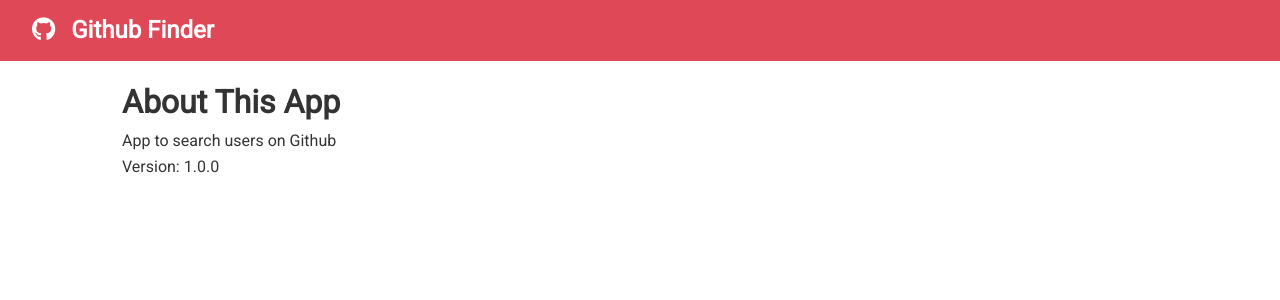
Repository: priyavmehta/Github-Finder
Page: /about
An editor plug-in stored every save of this project. The page is shown before and after the next save, followed by the edit.
The browser window is 1280 px wide. The pictures show the whole page.
The page's requests for data from a server got no answer. Some web libraries are served in a nearby version. The project was rebuilt for these pictures with package versions that can differ from the ones it lists, and the page was loaded fresh each time. No one was signed in, and anything a server would have sent is missing. Also part of the build but not shown: src/components/users/UserProfile.js, src/components/layout/Spinner.js, src/components/users/Users.js, src/components/users/Search.js, src/components/layout/Alert.js.

Above is the page before, as saved 2020-07-04 21:24:36.

### public/index.html
<!DOCTYPE html>
<html lang="en">
  <head>
    <meta charset="utf-8" />
    <link rel="icon" href="%PUBLIC_URL%/favicon.ico" />
    <meta name="viewport" content="width=device-width, initial-scale=1" />
    <meta name="theme-color" content="#000000" />
    <meta
      name="description"
      content="Web site created using create-react-app"
    />
    <link rel="apple-touch-icon" href="%PUBLIC_URL%/logo192.png" />
    <!--
      manifest.json provides metadata used when your web app is installed on a
      user's mobile device or desktop. See https://developers.google.com/web/fundamentals/web-app-manifest/
    -->
    <link rel="manifest" href="%PUBLIC_URL%/manifest.json" />
    <script src="https://kit.fontawesome.com/c3f9cf1e2c.js" crossorigin="anonymous"></script>

    <title>Github Finder</title>
  </head>
  <body>
    <noscript>You need to enable JavaScript to run this app.</noscript>
    <div id="root"></div>

  </body>
</html>

### src/App.js
import React, { Component, Fragment } from 'react';
import { BrowserRouter as Router, Switch, Route } from 'react-router-dom'
import './App.css';
import Navbar from './components/layout/Navbar';
import Users from './components/users/Users';
import axios from 'axios'
import Search from './components/users/Search';
import Alert from './components/layout/Alert';
import About from './components/pages/About';


class App extends Component {

  state = {
    users : [],
    loading : false,
    clear : false,
    alert : null
  }

  async componentDidMount () {

    this.setState({
      loading : true
    })
    const res = await axios.get(`https://api.github.com/users?client_id=${process.env.REACT_APP_GITHUB_CLIENT_ID}&client_secret=${process.env.REACT_APP_GITHUB_CLIENT_SECRET}`);
    this.setState({
      users : res.data,
      loading : false
    })
  }

  searchUsers = async (text) => {

    this.setState({
      loading : true
    })
    const res = await axios.get(`https://api.github.com/search/users?q=${text}&client_id=${process.env.REACT_APP_GITHUB_CLIENT_ID}&client_secret=${process.env.REACT_APP_GITHUB_CLIENT_SECRET}`);
    this.setState({
      users : res.data.items,
      loading : false,
      clear : true
    })
    console.log(text)
  }

  clearUsers = async () => {

    this.setState({
      loading : true
    })
    const res = await axios.get(`https://api.github.com/users?client_id=${process.env.REACT_APP_GITHUB_CLIENT_ID}&client_secret=${process.env.REACT_APP_GITHUB_CLIENT_SECRET}`);
    this.setState({
      users : res.data,
      loading : false,
      clear : false
    })

  }

  setAlert = (msg, type) =>{
    this.setState ({ alert : { msg, type } })

    setTimeout (() => this.setState({ alert : null}), 5000)
  }

  render() {
    const { users, loading, clear } = this.state;

    return (
      <Router>
        <div className="App">
          <Navbar />

          <div className="container">
            <Alert alert = {this.state.alert}/>
            <Switch>
              <Route exact path = '/' render = {props =>(
                <Fragment>
                  <Search
                    searchUsers = {this.searchUsers}
                    clearUsers = {this.clearUsers}
                    showClear = {clear}
                    setAlert = {this.setAlert}/>
                  <Users loading = {loading} users = {users} />
                </Fragment>
              )} />
              <Route exact path = '/about' component = {About}/>
            </Switch>
          </div>
        </div>
      </Router>
    );
  }
}

export default App;

### src/components/layout/Navbar.js
import React from 'react'
import PropTypes from 'prop-types'

const Navbar = ({icon, title}) => {

    return (
        <nav className = "navbar bg-primary">
            <h1>
                <i className ={icon} style = {{marginRight : 10 + 'px'}}/> {title}
            </h1>
        </nav>
    )
}

Navbar.defaultProps = {
    title : "Github Finder",
    icon : "fab fa-github"
};

Navbar.propTypes = {
    title : PropTypes.string.isRequired,
    icon : PropTypes.string.isRequired
};

export default Navbar

### src/components/pages/About.js
import React, { Fragment } from 'react'

const About = () => {
    return (
        <Fragment>
            <h1>About This App</h1>
            <p>App to search users on Github</p>
            <p>Version: 1.0.0</p>
        </Fragment>
    )
}

export default About

Loaded but not shown: src/index.js (common file); src/App.css (common file)

After the next save:
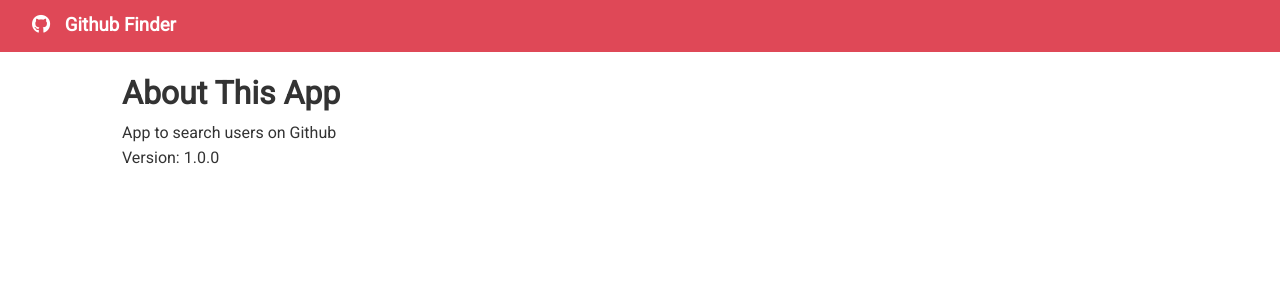
Saved 21 s later.
--- a/src/components/layout/Navbar.js
+++ b/src/components/layout/Navbar.js
@@ -5,9 +5,9 @@ const Navbar = ({icon, title}) => {
 
     return (
         <nav className = "navbar bg-primary">
-            <h1>
+            <h3>
                 <i className ={icon} style = {{marginRight : 10 + 'px'}}/> {title}
-            </h1>
+            </h3>
         </nav>
     )
 }
